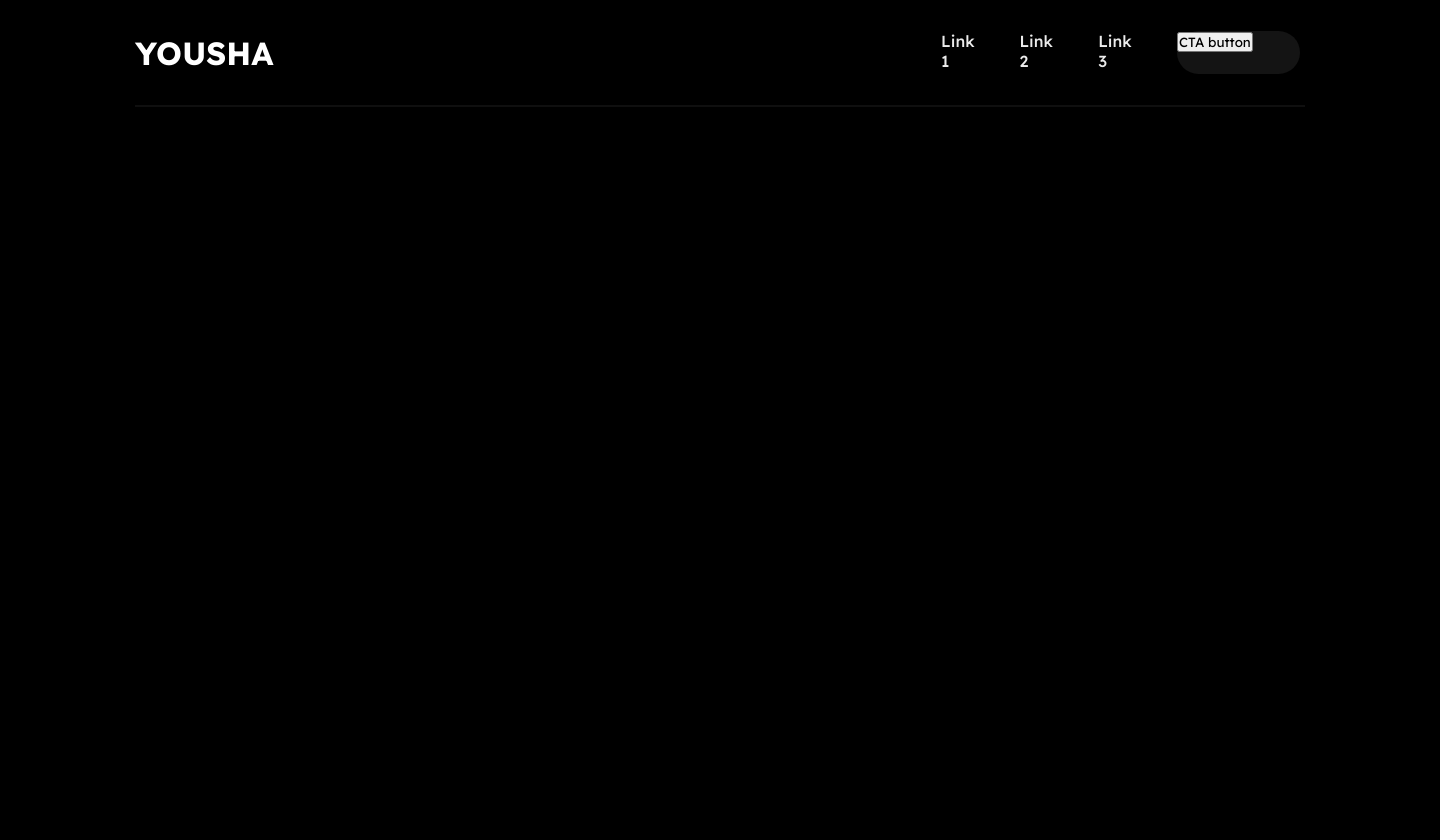
Repository: sSoRaK/web-cut-by-figma_train
Page: bai04/index.html
The author's editor kept a copy of each file at every save. The page is drawn from the files as they stood at one save, then again after the next save.
The browser window is 1280 px wide. The page is 1440 px wide, so the pictures cover 1440 px, including what lies to the right of the window. The pictures show the whole page.

Above is the page before, as saved 2023-05-31 20:49:08.

### bai04/index.html
<!DOCTYPE html>
<html lang="en">
  <head>
    <meta charset="UTF-8" />
    <meta http-equiv="X-UA-Compatible" content="IE=edge" />
    <meta name="viewport" content="width=device-width, initial-scale=1.0" />
    <title>Yousha</title>
    <link rel="stylesheet" href="./style.css" />
    <link rel="preconnect" href="https://fonts.googleapis.com" />
    <link rel="preconnect" href="https://fonts.gstatic.com" crossorigin />
    <link
      href="https://fonts.googleapis.com/css2?family=Readex+Pro:wght@200;300;400;500;600;700&display=swap"
      rel="stylesheet"
    />
    <link
      rel="stylesheet"
      href="https://cdnjs.cloudflare.com/ajax/libs/font-awesome/6.4.0/css/all.min.css"
      integrity="sha512-iecdLmaskl7CVkqkXNQ/ZH/XLlvWZOJyj7Yy7tcenmpD1ypASozpmT/E0iPtmFIB46ZmdtAc9eNBvH0H/ZpiBw=="
      crossorigin="anonymous"
      referrerpolicy="no-referrer"
    />
  </head>
  <body>
    <div class="container">
      <header>
        <div class="header-logo">
          <h1>YOUSHA</h1>
        </div>
        <nav>
          <ul>
            <li><a href="#">Link 1</a></li>
            <li><a href="#">Link 2</a></li>
            <li><a href="#">Link 3</a></li>
          </ul>
          <div class="btn-cta">
            <button>CTA button</button>
          </div>
        </nav>
        <div class="header-line"></div>
      </header>
    </div>
  </body>
</html>

### bai04/style.css
* {
  margin: 0;
  padding: 0;
  box-sizing: border-box;
  font-family: "Readex Pro", sans-serif;
  list-style: none;
  text-decoration: none;
}
.container {
  width: 1440px;
  height: 840px;
  background-color: #000;
  margin: 0 auto;
}
header {
  width: 1170px;
  height: 107px;
  display: flex;
  justify-content: space-between;
  align-items: center;
  margin: 0 135px;
  border-bottom: 2px solid rgba(255, 255, 255, 0.06);
  gap: 667.5px;
}
nav ul {
  display: flex;
  gap: 40px;
}
nav {
  display: flex;
  gap: 40px;
}
.header-logo {
  color: #fff;
  font-weight: 500;
}
ul li a {
  font-weight: 500;
  font-size: 16px;
  line-height: 120%;
  color: rgba(255, 255, 255, 0.92);
}
.btn-cta {
  width: 138px;
  height: 43px;
  background: rgba(255, 255, 255, 0.08);
  border-radius: 56px;
  border: none;
}
.btn-cta button {
  background-color: tran;
}

After the next save:
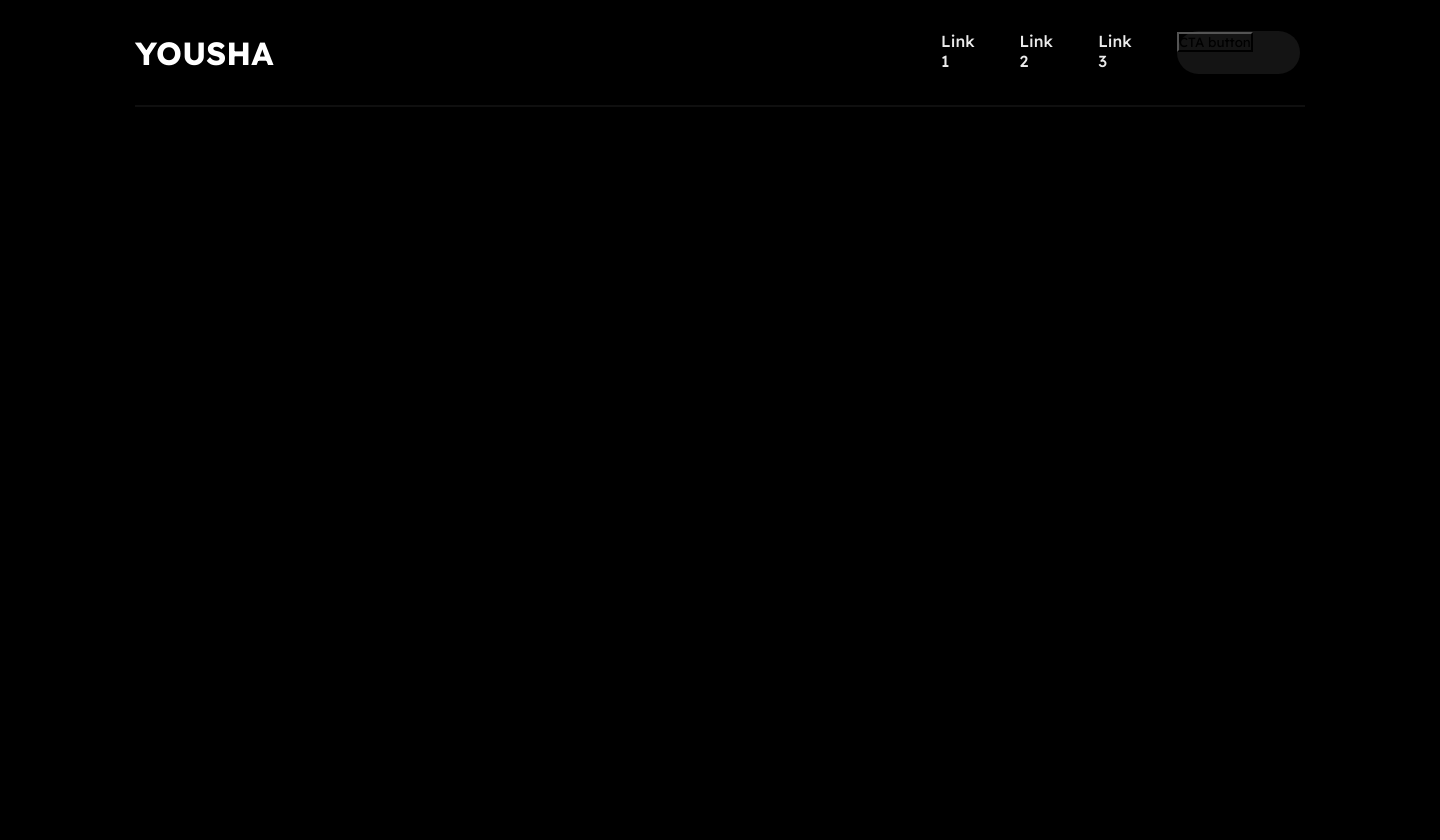
Saved 4 s later.
--- a/bai04/style.css
+++ b/bai04/style.css
@@ -48,5 +48,5 @@
   border: none;
 }
 .btn-cta button {
-  background-color: tran;
+  background-color: transparent;
 }
